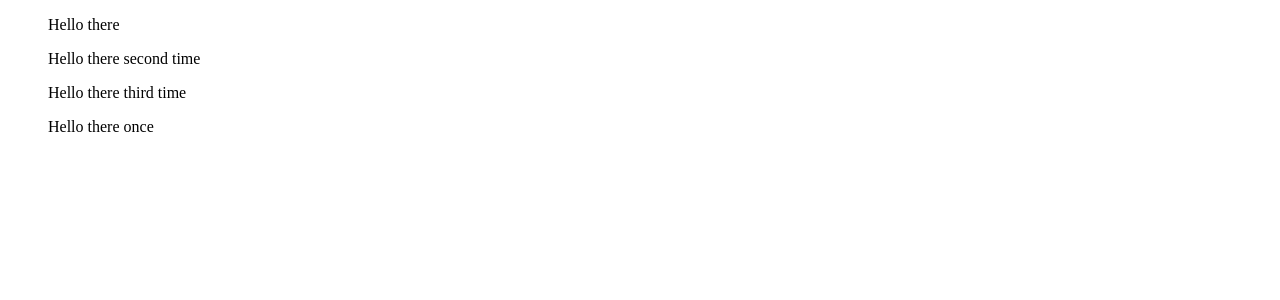
Repository: W0474997SteveArmstrong/udacity-frontenddeveloper-challenge
Page: lists.html
The author's editor kept a copy of each file at every save. The page is drawn from the files as they stood at one save, then again after the next save.
The browser window is 1280 px wide. The pictures show the whole page.

Above is the page before, as saved 2023-02-06 14:02:52.

### lists.html
<!DOCTYPE html>
<html lang="en">
<head>
    <meta charset="UTF-8">
    <meta http-equiv="X-UA-Compatible" content="IE=edge">
    <meta name="viewport" content="width=device-width, initial-scale=1.0">
    <title>Document</title>
</head>
<body>
    <ol>Hello there</ol>
    <ol>Hello there second time</ol>
    <ol>Hello there third time</ol>
    <ul>Hello there once</ul>
</body>
</html>

After the next save:
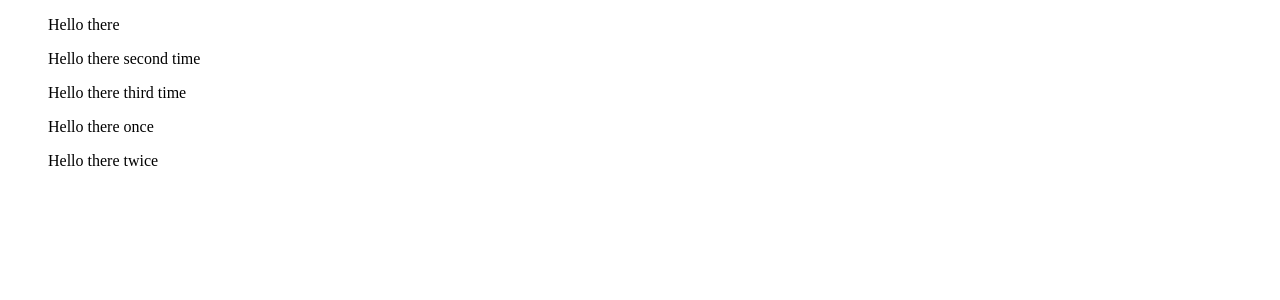
Saved 9 s later.
--- a/lists.html
+++ b/lists.html
@@ -11,5 +11,6 @@
     <ol>Hello there second time</ol>
     <ol>Hello there third time</ol>
     <ul>Hello there once</ul>
+    <ul>Hello there twice</ul>
 </body>
 </html>
